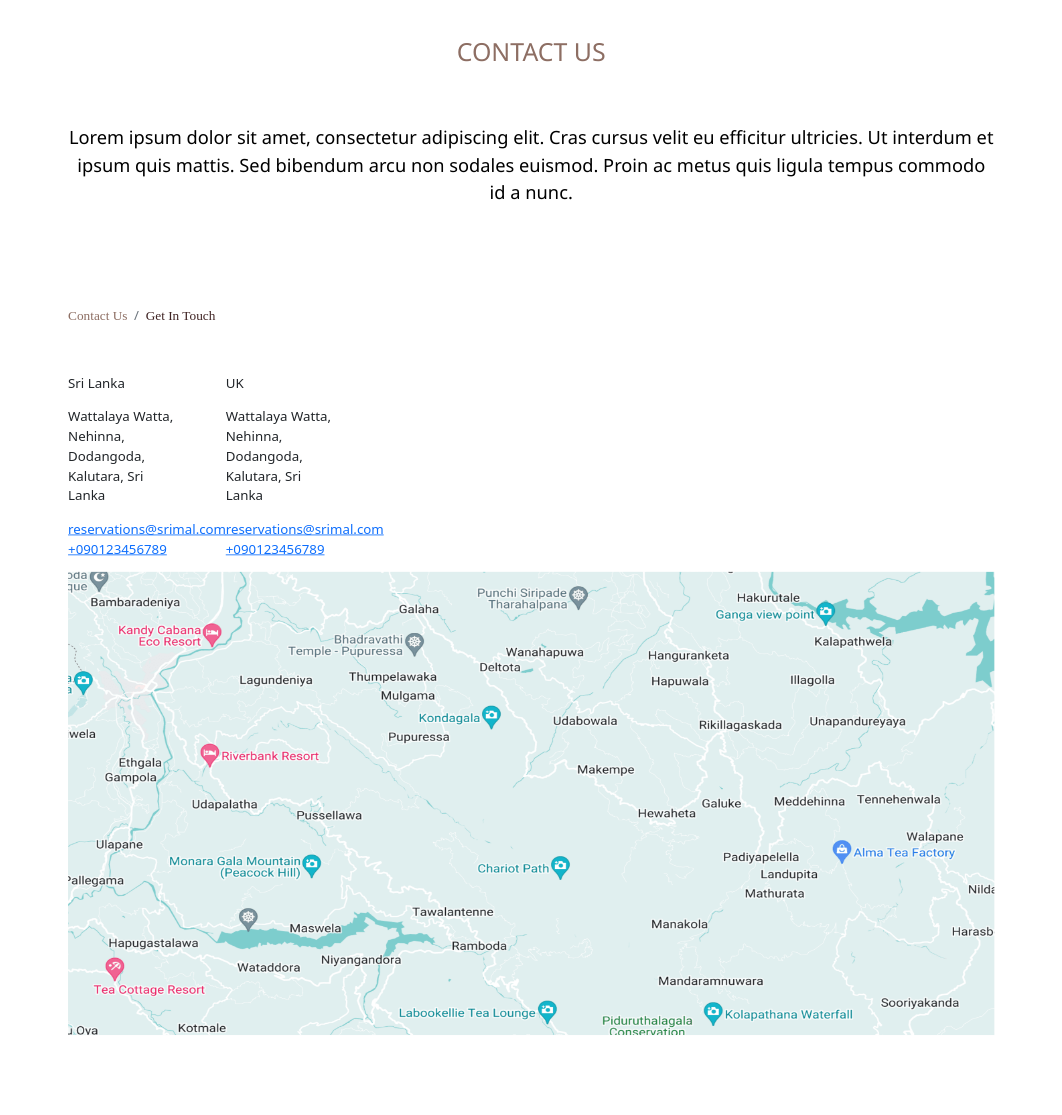
Repository: kaushalyaweerakoon/Plantation-Villa
Page: contact-us.html
These files come from the project's save history. The page is drawn as it stood at one moment and after a run of saves; the edit follows.
The browser window is 1280 px wide. The pictures show the whole page, at 83% of full size.
Some web fonts or font styles are not loaded; a fallback is used.

Above is the page before, as saved 2022-08-15 11:17:46.
Not found: assets/js/main.js

### contact-us.html
<!doctype html>
<html lang="en">

<head>
    <meta charset="utf-8">
    <meta name="viewport" content="width=device-width, initial-scale=1">

    <title>Plantation Villa| News Inner</title>

    <!-- Bootstrap css -->
    <link href="https://cdn.jsdelivr.net/npm/bootstrap@5.2.0-beta1/dist/css/bootstrap.min.css" rel="stylesheet"
        integrity="sha384-0evHe/X+R7YkIZDRvuzKMRqM+OrBnVFBL6DOitfPri4tjfHxaWutUpFmBp4vmVor" crossorigin="anonymous">

    <!-- fonts -->
    <link href="http://fonts.cdnfonts.com/css/segoe-ui-4" rel="stylesheet">
    <link rel="preconnect" href="https://fonts.googleapis.com">
    <link rel="preconnect" href="https://fonts.gstatic.com" crossorigin>

    <!-- swiperJS -->
    <link rel="stylesheet" href="https://unpkg.com/swiper@8/swiper-bundle.min.css" />

    <!-- custom css -->
    <link rel="stylesheet" href="asserts/css/main.css">

</head>


<!-- Section 2-->
<section class="container mt-md-4 mt-3 mb-5 pb-4">
    <p class="title pt-3">CONTACT US</p>

    <div class="text-center" id="">
        <p class="text">
            Lorem ipsum dolor sit amet, consectetur adipiscing elit. Cras cursus velit eu efficitur ultricies. Ut
            interdum et ipsum quis mattis. Sed bibendum arcu non sodales euismod. Proin ac metus quis ligula tempus
            commodo id a nunc.
        </p>
    </div>
</section>


<div class="container">
    <div class="row gy-3 gx-4">

        <!-- Breadcrumb -->
        <nav aria-label="" class="mt-5 mb-4 ">
            <ol class="breadcrumb">
                <li class="breadcrumb-item"><a href="index.html"
                        class="breadcrumb-text fs-13-px text-font-family">Contact
                        Us </a>
                <li class="breadcrumb-item"><a href="Integer Diam Gravida Fringilla.html" aria-current="page"
                        class="breadcrumb-text active fs-13-px text-font-family">Get In Touch</a>
                </li>
            </ol>
        </nav>

        <div class="col-md-4 col-xl-2 pe-xl-5 order-1">

            <div class="col col-xl-12">
                <p class="">Sri Lanka</p>
                <p class="">Wattalaya Watta,
                    Nehinna, Dodangoda,
                    Kalutara, Sri Lanka</p>
                <ul class="list-unstyled">
                    <li><a class="" href="reservations@srimal.com">reservations@srimal.com</a>
                    </li>
                    <li><a class="" href="tel:++090123456789">+090123456789</a></li>
                </ul>
            </div>

        </div>


        <div class="col-md-4 col-xl-2 pe-xl-5 order-1">

            <div class="col col-xl-12">
                <p class="">UK</p>
                <p class="">Wattalaya Watta,
                    Nehinna, Dodangoda,
                    Kalutara, Sri Lanka</p>
                <ul class="list-unstyled">
                    <li><a class="" href="reservations@srimal.com">reservations@srimal.com</a>
                    </li>
                    <li><a class="" href="tel:++090123456789">+090123456789</a></li>
                </ul>
            </div>

        </div>
    </div>
</div>

<!--/ Breadcrumb -->



<!-- section-->
<section class="container mb-5 pb-5">

    <div class="ratio" style="--bs-aspect-ratio: 50%;">
        <img class="" src="asserts/images/snazzy-image@2x.png" alt="">
    </div>

    <div class="m-auto" style="max-width:723px;">
    </div>
</section>




<!-- bootstrap -->
<script src="https://cdn.jsdelivr.net/npm/bootstrap@5.2.0-beta1/dist/js/bootstrap.bundle.min.js"
    integrity="sha384-pprn3073KE6tl6bjs2QrFaJGz5/SUsLqktiwsUTF55Jfv3qYSDhgCecCxMW52nD2"
    crossorigin="anonymous"></script>

<!-- swiperJS -->
<script src="https://unpkg.com/swiper@8/swiper-bundle.min.js"></script>

<!-- custom script -->
<script src="assets/js/main.js"></script>


</body>

</html>

### asserts/css/main.css
/* Call the root */
:root {
  --Lora-font: 'Lora';
  --Segoe-font: 'Segoe UI';

  --font-size-14px: 18px;
  --font-size-20px: 20px;
  --font-size-22px: 22px;
  --font-size-25px: 25px;
  --font-size-30px: 30px;
  --font-size-35px: 35px;
  --font-size-40px: 40px;

  --font-color-8d6e63: #8d6e63;
  --font-color-3e2222: #3e2222;
  --bggreen: #7d824a;
  --co-white: #ffffff;
}

/* Create clases for fronts */
.Lora-ff {
  font-family: var(--Lora-font);
}

.Segoe-ff {
  font-family: var(--Segoe-font);
}

/* Create clases for front sizes*/
.fs-18-px {
  font-size: var(--font-size-18px)
}

.fs-20-px {
  font-size: var(--font-size-20px)
}

.fs-22-px {
  font-size: var(--font-size-22px)
}

.fs-25-px {
  font-size: var(--font-size-22px)
}

.fs-30-px {
  font-size: var(--font-size-30px)
}

.fs-35-px {
  font-size: var(--font-size-35px)
}

.fs-40-px {
  font-size: var(--font-size-40px)
}

/* Color */
.txt-purple {
  color: var(--font-color-8d6e63)
}

.txt-red {
  color: var(--font-color-3e2222)
}

/* news inner */

/* Breadcrumb */
.breadcrumb-text {
  font-family: var(--Lora-font);
  text-decoration: none;
  color: var(--font-color-8d6e63);
  font-weight: normal;
}

.breadcrumb-text.active {
  color: var(--font-color-3e2222);
  text-decoration: none;
  font-weight: normal;
}

.breadcrumb-text:hover {
  font-family: var(--Lora-font);
  font-size: var(--font-size-35px);
  color: var(--font-color-8d6e63);
  text-decoration: none;
}

/* -- */

.newsinner-date {
  color: var(--font-color-8d6e63);
  font-family: var(--Segoe-font);
  font-size: var(--font-size-20px);
}

.newsinner-head {
  color: var(--font-color-3e2222);
  font-family: var(--Lora-font);
  font-size: 45px;
  font-weight: normal;
}

.newsinner-text{
  font-size: var(--font-size-22px);
  font-family: var(--Segoe-font);
}

/* Heading */

.title {
  font-size: var(--font-size-30px);
  font-family: var(--Segoe-font);
  color: var(--font-color-8d6e63);
  text-align: center;
  margin-bottom: clamp(40px, 5vw, 71px);
}
.text{
  font-size: var(--font-size-22px);
  font-family: var(--Segoe-font);
  color: #000;
}

After the next 4 saves:
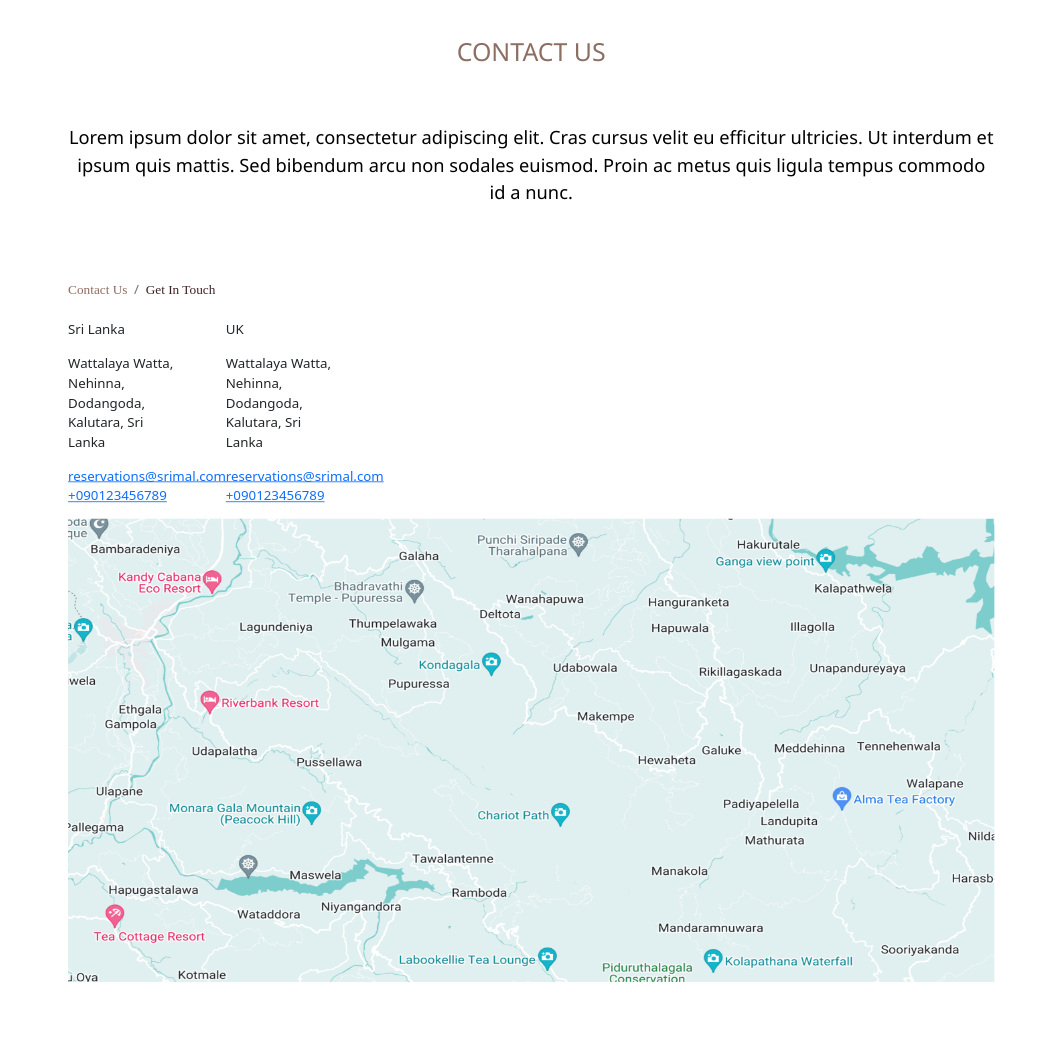
The 4 saves are shown as one change because they came seconds apart.
The last was saved 109 s later.
--- a/contact-us.html
+++ b/contact-us.html
@@ -40,19 +40,21 @@
 
 
 <div class="container">
+    <!-- Breadcrumb -->
+    <nav aria-label="" class="mt-5 mb-4 ">
+        <ol class="breadcrumb">
+            <li class="breadcrumb-item"><a href="index.html"
+                    class="breadcrumb-text fs-13-px text-font-family">Contact
+                    Us </a>
+            <li class="breadcrumb-item"><a href="Integer Diam Gravida Fringilla.html" aria-current="page"
+                    class="breadcrumb-text active fs-13-px text-font-family">Get In Touch</a>
+            </li>
+        </ol>
+    </nav>
+
     <div class="row gy-3 gx-4">
 
-        <!-- Breadcrumb -->
-        <nav aria-label="" class="mt-5 mb-4 ">
-            <ol class="breadcrumb">
-                <li class="breadcrumb-item"><a href="index.html"
-                        class="breadcrumb-text fs-13-px text-font-family">Contact
-                        Us </a>
-                <li class="breadcrumb-item"><a href="Integer Diam Gravida Fringilla.html" aria-current="page"
-                        class="breadcrumb-text active fs-13-px text-font-family">Get In Touch</a>
-                </li>
-            </ol>
-        </nav>
+
 
         <div class="col-md-4 col-xl-2 pe-xl-5 order-1">
 
